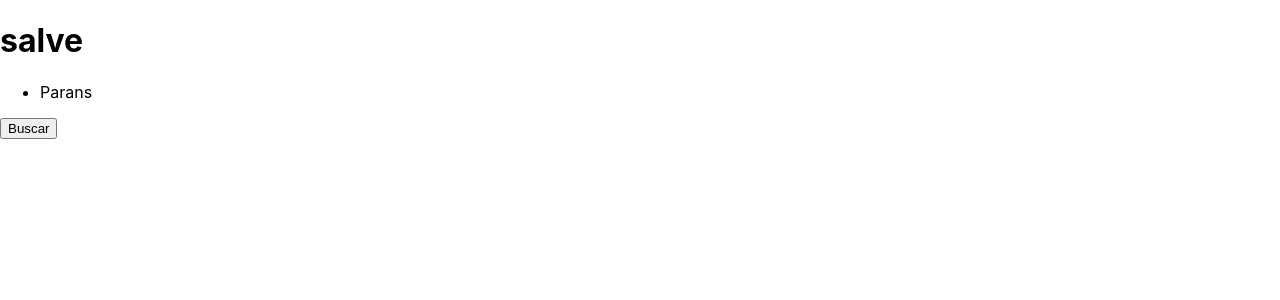
Repository: Mira757/Next-Basico
Page: /rotas
An editor plug-in stored every save of this project. The page is shown before and after a run of saves, followed by the edit.
The browser window is 1280 px wide. The pictures show the whole page.
The project was rebuilt for these pictures with package versions that can differ from the ones it lists, and the page was loaded fresh each time. The framework's server and built-in components were replaced by stand-ins that run in the browser. Also part of the build but not shown: next.config.js.

Above is the page before, as saved 2022-03-15 14:44:19.

### src/pages/rotas/index.jsx
import Link from 'next/link'
import { useRouter } from 'next/router'

export default function rotas () {
  return (
    <div>
      <h1>salve</h1>
      <ul>
        <Link href="/rotas/params?id=12&nome=Ana">
          <li>Parans</li>
        </Link>
      </ul>
      <div style={{
        display: "flex",
        flexDirection: "column",
        alignItems: "flex-start"
      }}>
        <button onClick={() => router.push("/rotas/123/buscar")}> Buscar</button>

      </div>
    </div>
  )
}

Loaded but not shown: src/pages/_app.js (common file); src/styles/globals.css (common file)

After the next 3 saves:
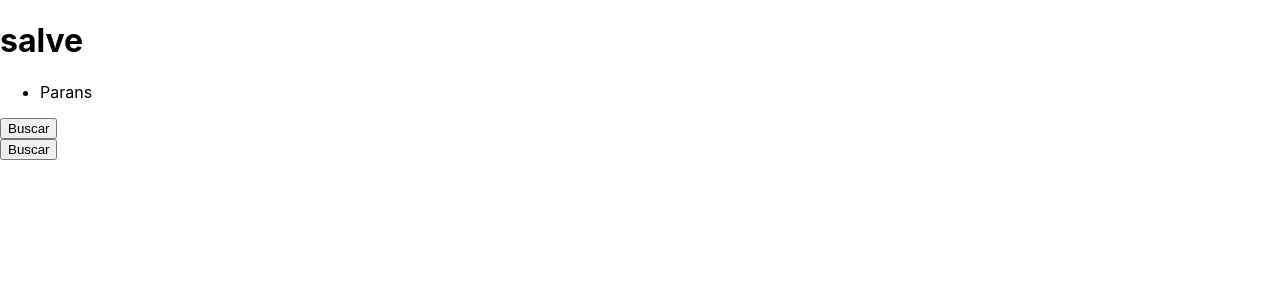
The 3 saves are shown as one change because 2 did not build or start.
The last was saved 3 min 32 s later.
--- a/src/pages/rotas/index.jsx
+++ b/src/pages/rotas/index.jsx
@@ -2,6 +2,21 @@ import Link from 'next/link'
 import { useRouter } from 'next/router'
 
 export default function rotas () {
+
+  function navegacaoSimples(url) {
+    router.push(url)
+  }
+
+  function navegacaoComParams() {
+    router.push({
+      pathname: "/rotas/params",
+      query: {
+        id: 123,
+        nome: 'Ana'
+      }
+    })
+  }
+
   return (
     <div>
       <h1>salve</h1>
@@ -16,7 +31,7 @@ export default function rotas () {
         alignItems: "flex-start"
       }}>
         <button onClick={() => router.push("/rotas/123/buscar")}> Buscar</button>
-
+        <button onClick={() => navegacaoSimples("/rotas/123/Daniel")}> Buscar</button>
       </div>
     </div>
   )
